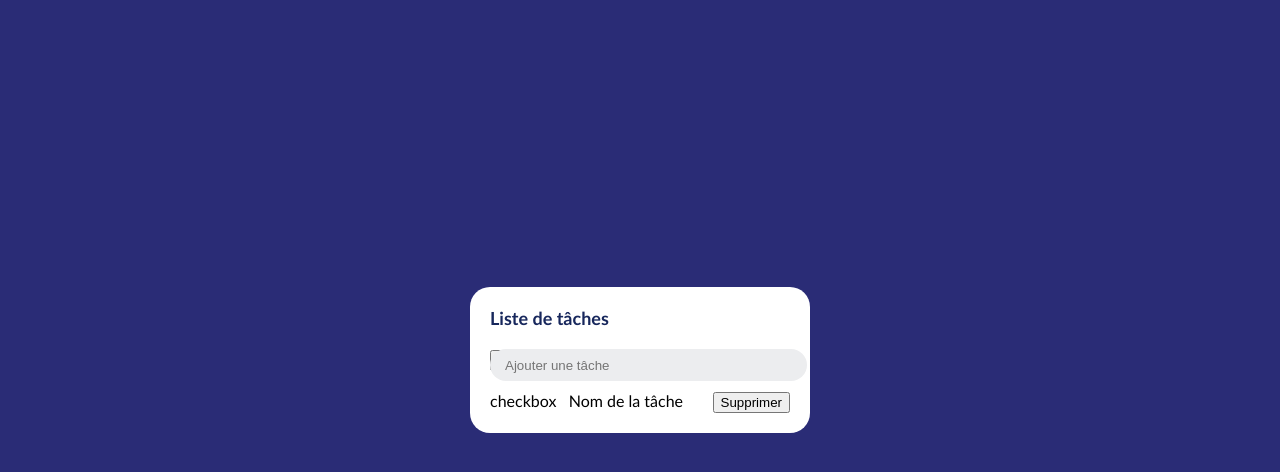
Repository: ndiemenguer/convertisseur
Page: / (app in todo-isep/)
The author's editor kept a copy of each file at every save. The page is drawn from the files as they stood at one save, then again after the next save.
The browser window is 1280 px wide. The pictures show the whole page.
The project was rebuilt for these pictures with package versions that can differ from the ones it lists, and the page was loaded fresh each time. Also part of the build but not shown: todo-isep/vite.config.js, todo-isep/src/Application.jsx, todo-isep/src/index.css.

Above is the page before, as saved 2023-05-06 12:25:24.

After the next save:
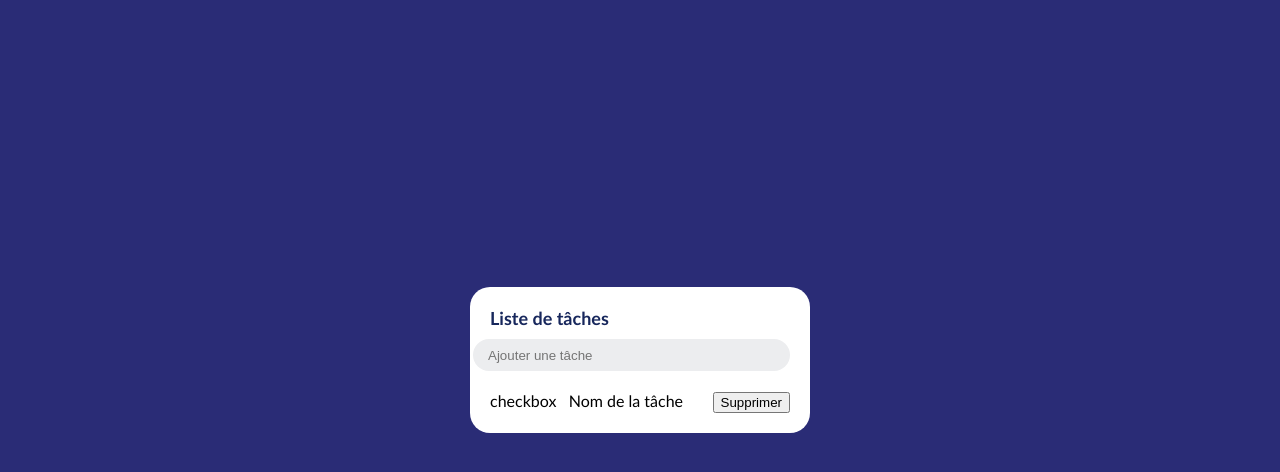
Saved 24 s later.
--- a/todo-isep/src/App.css
+++ b/todo-isep/src/App.css
@@ -50,5 +50,6 @@ body {
   background-color: #ecedef;
   padding-left: 15px;
   position: absolute;
-  z-index: 100;
+  right: 0;
+  bottom: 0;
 }
